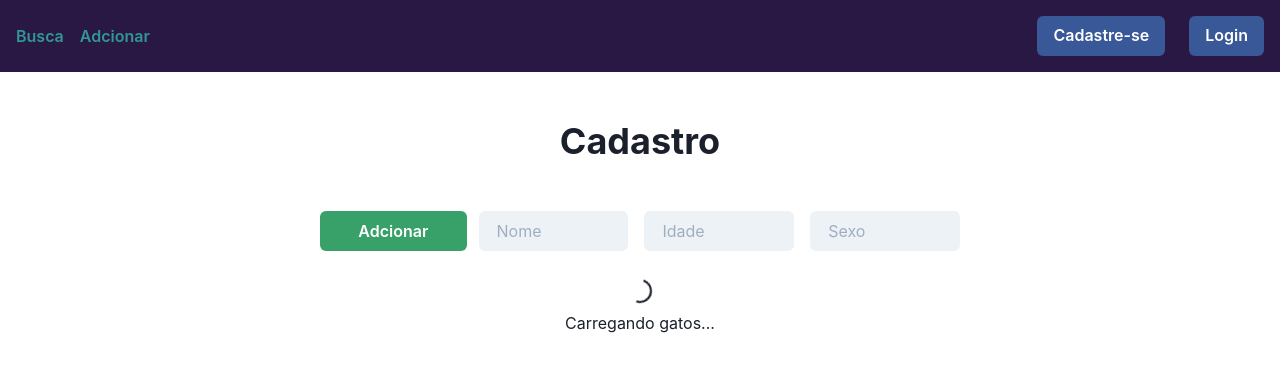
Repository: thislucasme/front-end-cats-react.js
Page: /cadastro
An editor plug-in stored every save of this project. The page is shown before and after the next save, followed by the edit.
The browser window is 1280 px wide. The pictures show the whole page.
The page's requests for data from a server got no answer. The project was rebuilt for these pictures with package versions that can differ from the ones it lists, and the page was loaded fresh each time. No one was signed in, and anything a server would have sent is missing. Also part of the build but not shown: src/hooks/gato.hooks.ts, src/pages/busca.gatos.tsx, src/pages/login.tsx, src/pages/casdastro.tsx.

Above is the page before, as saved 2021-10-27 16:37:01.

After the next save:
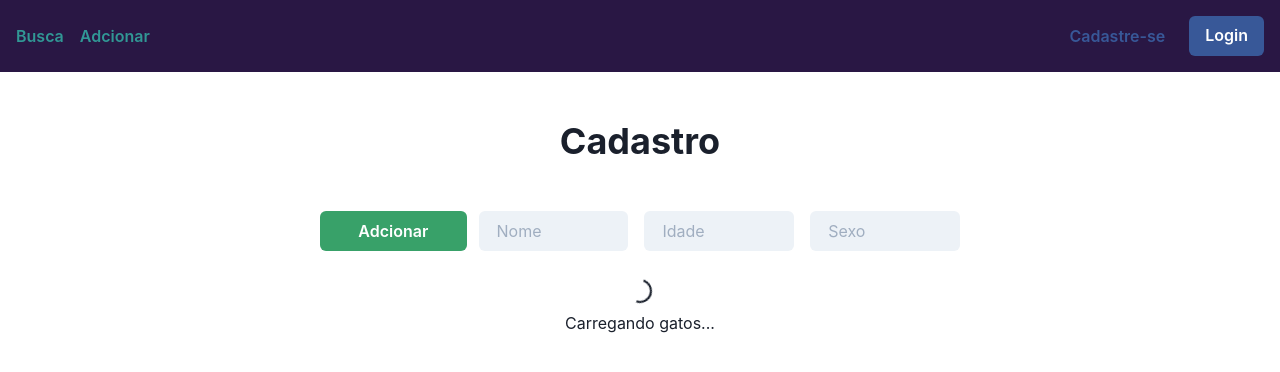
Saved 19 s later.
--- a/src/components/menu.tsx
+++ b/src/components/menu.tsx
@@ -15,7 +15,7 @@ export const Menu = () => {
 					Adcionar
 				</Button>
 				<Spacer />
-				<Button mr={6} onClick={() => { openLink('/cadastro/user') }} colorScheme="facebook">Cadastre-se</Button>
+				<Button variant="link" mr={6} onClick={() => { openLink('/cadastro/user') }} colorScheme="facebook">Cadastre-se</Button>
 				<Button onClick={() => { openLink('/login') }} colorScheme="facebook">Login</Button>
 			</Flex>
 		</>
